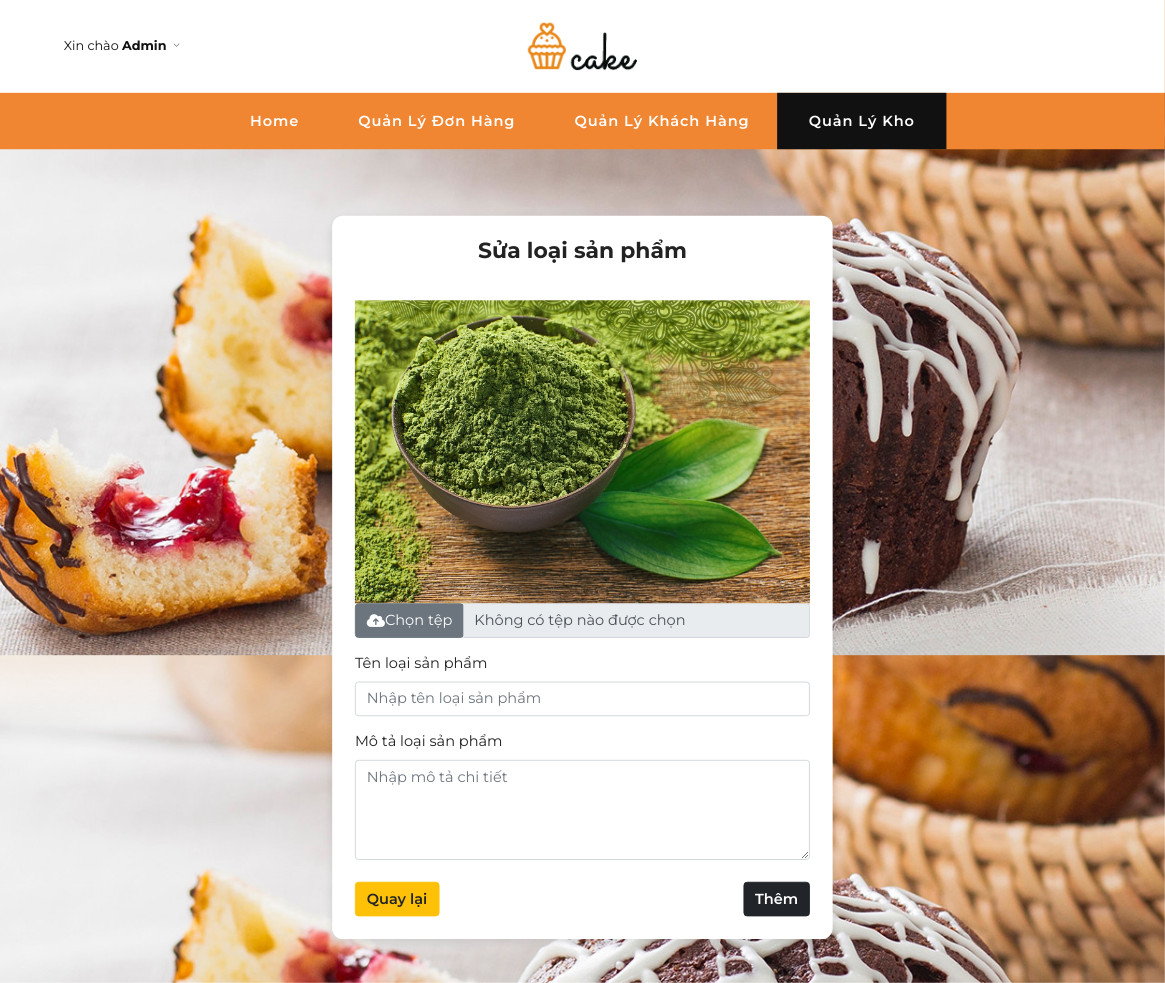
Repository: nhanto2n-byte/Nhom10ChieuThu3
Page: ProjectWeb/cake-main/sualoaisp.html
An editor plug-in stored every save of this project. The page is shown before and after the next save, followed by the edit.
The browser window is 1280 px wide. The pictures show the whole page, at 91% of full size.
Backgrounds fixed to the window are drawn as part of the page.

Above is the page before, as saved 2025-11-10 21:56:55.
Console error: TypeError: $(...).slicknav is not a function

After the next save:
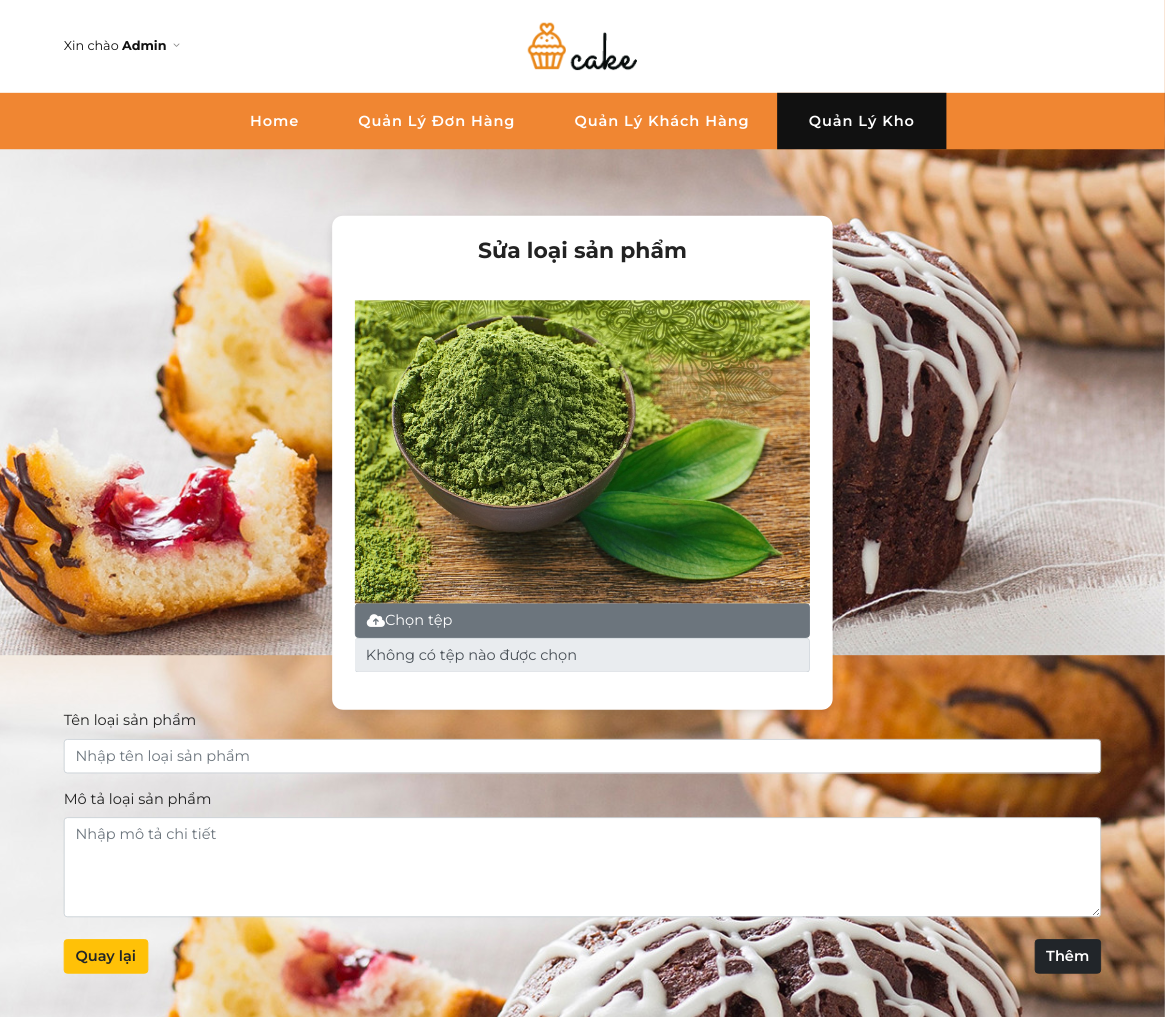
Saved 2 min 24 s later.
--- a/ProjectWeb/cake-main/sualoaisp.html
+++ b/ProjectWeb/cake-main/sualoaisp.html
@@ -187,9 +187,9 @@
 
             <form id="addTypeForm">
                 <div class="mb-3">
-                   <img src="img/hero/TRAXANH.jpg" alt="Ảnh" />
-
-                    <div class="input-group">
+                   <img src="img/hero/TRAXANH.jpg" alt= "Ảnh" />
+
+
                         <label class="input-group-text" for="loaiAnh" style="background-color: #6c757d; color: white; border-color: #6c757d; cursor: pointer;">
                             <i class="fa-solid fa-cloud-arrow-up me-2"></i>Chọn tệp
                         </label>

After the save that followed:
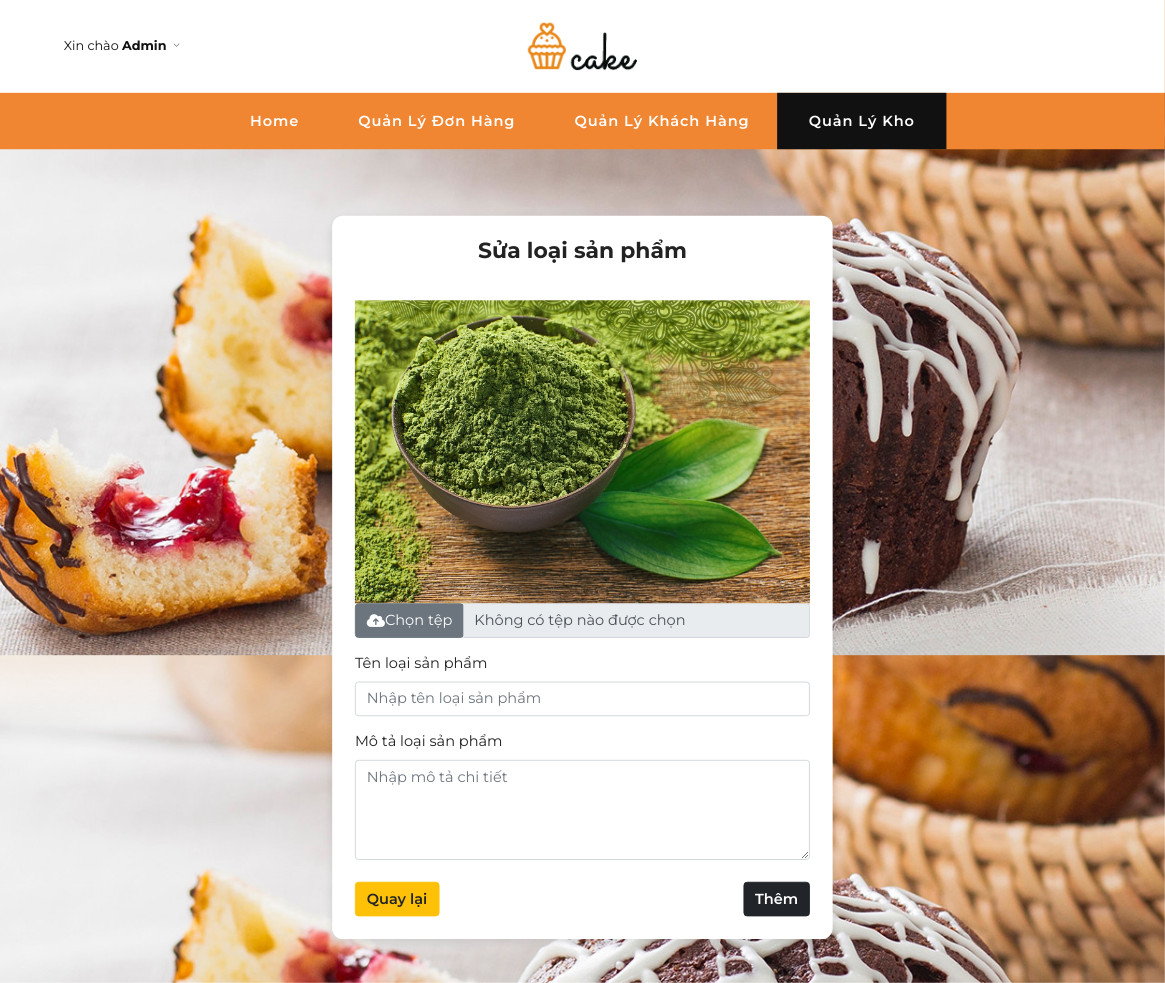
Saved 20 s later.
--- a/ProjectWeb/cake-main/sualoaisp.html
+++ b/ProjectWeb/cake-main/sualoaisp.html
@@ -189,8 +189,8 @@
                 <div class="mb-3">
                    <img src="img/hero/TRAXANH.jpg" alt= "Ảnh" />
 
-
-                        <label class="input-group-text" for="loaiAnh" style="background-color: #6c757d; color: white; border-color: #6c757d; cursor: pointer;">
+                    <div class="input-group">
+                        <label class="input-group-text" for="ẢNH" style="background-color: #6c757d; color: white; border-color: #6c757d; cursor: pointer;">
                             <i class="fa-solid fa-cloud-arrow-up me-2"></i>Chọn tệp
                         </label>
                         <input type="file" class="form-control" id="loaiAnh" name="loaiAnh" style="opacity: 0; position: absolute; z-index: -1;">
